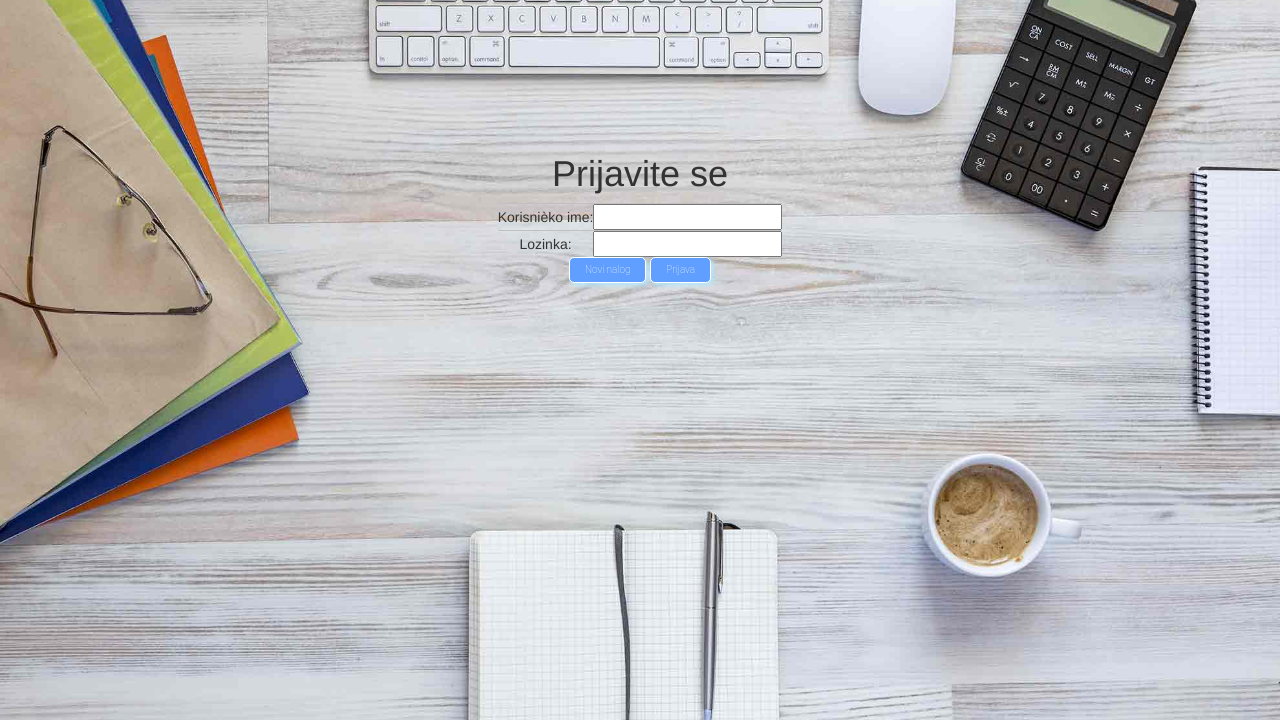
Repository: KristijanPetkovic/java-applet-video-library
Page: Projekti/www.videoteka.com/WebContent/login.html
An editor plug-in stored every save of this project. The page is shown before and after the next save, followed by the edit.
The browser window is 1280 px wide. The pictures show the whole page.

Above is the page before, as saved 2019-01-11 19:53:31.

### Projekti/www.videoteka.com/WebContent/login.html
<!DOCTYPE html>
<html>
	<head>

		<title>Prijavljivanje</title>
		<link rel="stylesheet" href="https://maxcdn.bootstrapcdn.com/bootstrap/3.3.7/css/bootstrap.min.css">
		<link rel="stylesheet" type="text/css" href="logovanje.css" >
	</head>
	<body>
		<h1 id="naslov">Prijavite se</h1>
		<form method="post">
			<table class="center" cellpadding="15px">
				<tr>
					<td>Korisnièko ime: </td>
					<td> <input name="ime" type="text"> </td>
				</tr>
				<tr>
					<td>Lozinka: </td>
					<td> <input name="sifra" type="password"> </td>
				</tr>
			</table>
			<input class="color-change" name="otvaranje" type="submit" value="Novi nalog" formaction="noviKorisnik.html">
			<input class="color-change" name="prijava" type="submit" value="Prijava" formaction="LoginServlet" >

		</form>
	</body>
</html>

### Projekti/www.videoteka.com/WebContent/logovanje.css
#naslov{
    margin-top:12%;
    }

table.center {
    margin-left:auto;
    margin-right:auto;
  }

body {
	background: url(poz.jpg) no-repeat center center fixed;
	-webkit-background-size: cover;
	-moz-background-size: cover;
	-o-background-size: cover;
	background-size: cover;
	text-align:center;
  }
table{
	border-color: rgb(0,0,0);
	border-collapse: collapse;
}
th{
	color: rgb(255, 255, 255);
	background: rgb(0, 0, 0);
	collspan: 2;
}
td{
	border-top: 1pt solid silver;
	padding: 10;
}
ttr:nth-child(odd){
	background: rgb(255, 255, 255);
}
tr:hover{
	background: rgb(96, 158, 255);
}
input:focus{
	background-color: rgb(255, 255, 179);
	border-color: rgb(186, 186, 186);
}
.color-change {
  border-radius: 5px;
  font-size: 20px;
  padding: 5px 15px;
  cursor: pointer;
  color: #fff;
  background-color: rgb(96, 158, 255);
  font-size: 1rem;
  font-family: 'Roboto';
  font-weight: 100;
  border: 1px solid #fff;
  box-shadow: 2px 2px 5px #AFE9FF;
  transition-duration: 0.5s;
  -webkit-transition-duration: 0.5s;
  -moz-transition-duration: 0.5s;
}

.color-change:hover {
  color: #006398;
  border: 1px solid #006398;
  box-shadow: 2px 2px 20px #AFE9FF;
}

button.color-change {
  -webkit-appearance: none;
  -moz-appearance: none;
}

After the next save:
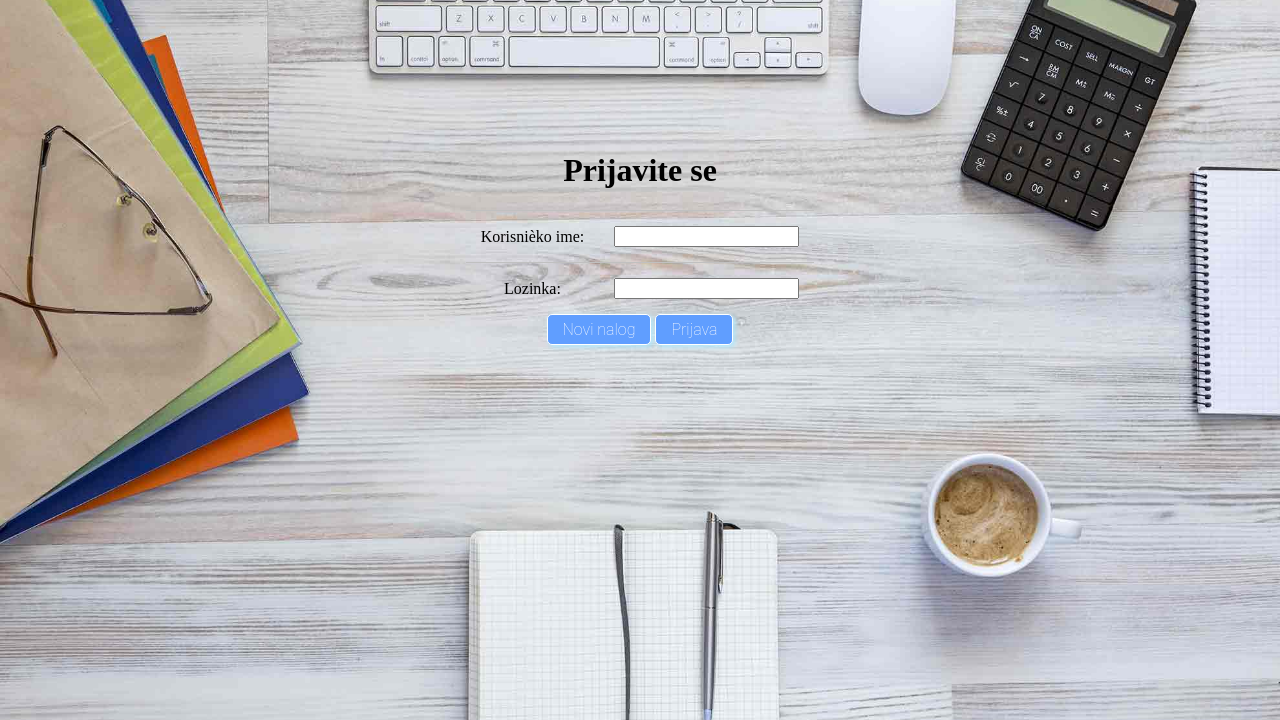
Saved 55 s later.
--- a/Projekti/www.videoteka.com/WebContent/login.html
+++ b/Projekti/www.videoteka.com/WebContent/login.html
@@ -3,8 +3,8 @@
 	<head>
 
 		<title>Prijavljivanje</title>
-		<link rel="stylesheet" href="https://maxcdn.bootstrapcdn.com/bootstrap/3.3.7/css/bootstrap.min.css">
-		<link rel="stylesheet" type="text/css" href="logovanje.css" >
+
+		<link rel="stylesheet" href="logovanje.css" >
 	</head>
 	<body>
 		<h1 id="naslov">Prijavite se</h1>
